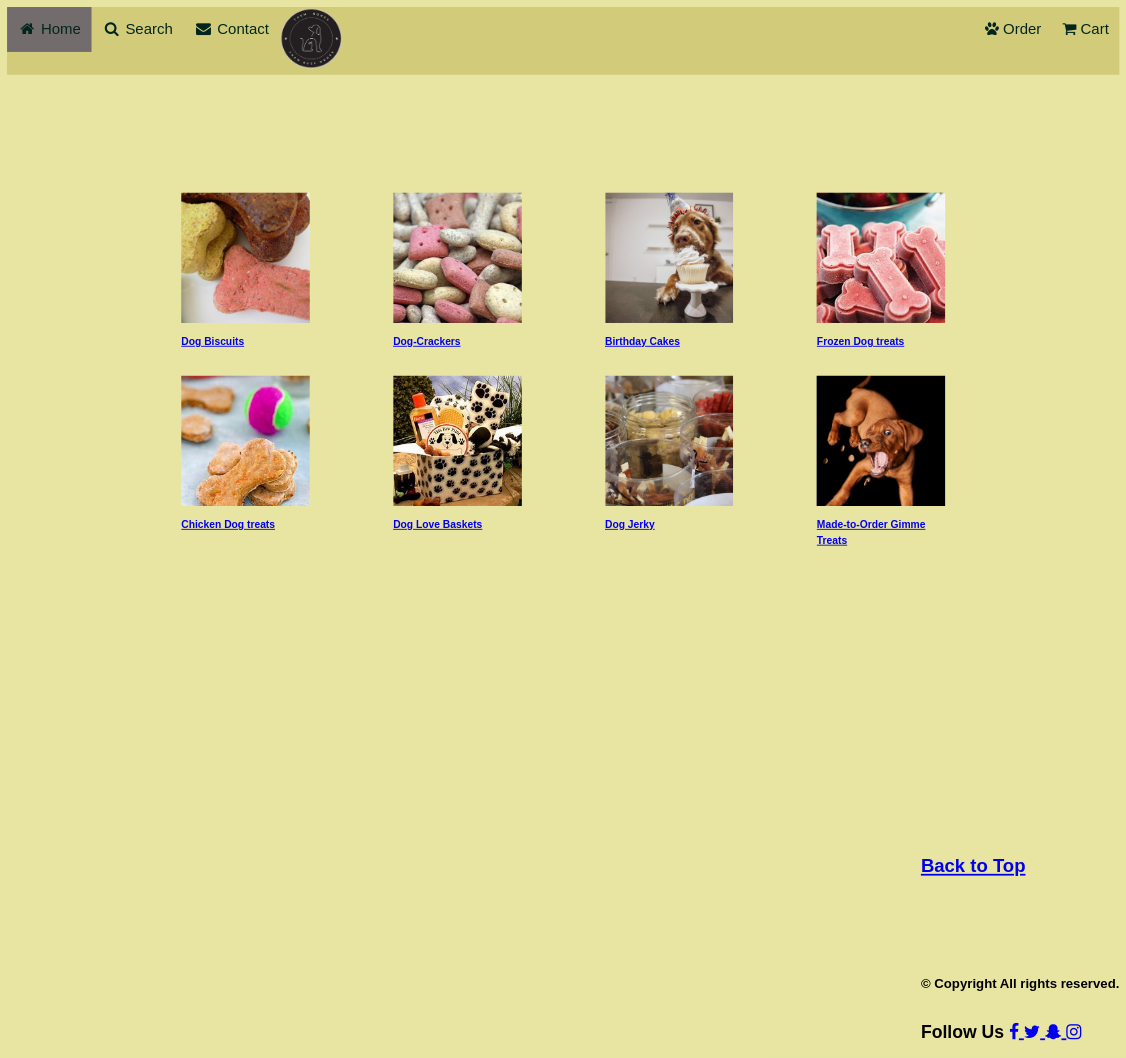
Repository: vgoins-RA2022/HTML-1
Page: index.html
The author's editor kept a copy of each file at every save. The page is drawn from the files as they stood at one save, then again after a run of saves.
The browser window is 1280 px wide. The pictures show the whole page, at 88% of full size.

Above is the page before, as saved 2023-01-21 18:52:35.

### index.html
<!DOCTYPE html>
<html lang="en">

<head>
  <meta charset="UTF-8">
  <meta name="viewport" content="width=device-width, initial-scale=1">
  <link rel="stylesheet" href="https://cdnjs.cloudflare.com/ajax/libs/font-awesome/4.7.0/css/font-awesome.min.css">
  <link rel="stylesheet" href="../HTML-1/src/css/Style.css" type="text/css">
  <title>Simple HTML Assignment 1</title>
</head>

<header>
    <!-- setup top navigator bar. position logo, home and contact navators on the left-->
    <div class="navbar" float: left>
      <img src="src/img/them-bones-logo.png" alt="them-bones-logo" class="logo" >
      <a class="active" href="#"><i class="fa fa-fw fa-home"></i> Home</a>
      <a href="#"><i class="fa fa-fw fa-search"></i> Search</a>
      <a href="#"><i class="fa fa-fw fa-envelope"></i> Contact</a>
      <!-- position order and cart navigators on the right -->
    <div class="right"><a href="#"><i class="fa fa-paw" aria-hidden="true"></i> Order</a>
    <div class="right"><a href="#"><i class="fa fa-shopping-cart" aria-hidden="true"></i> Cart</a>
    </div>
  </header>

<body>
  <div class="container">
     <!-- set of store gallery of self-contained items enclosed in the figure tags  -->
    <div class="gallery">

      <figure class="gallery__item gallery__item--1">
            <img src="src/img/animal-dog- biscuits.jpg" alt="animal-dog-biscuits" class="gallery__img" >
              <h3 class= image-text>
                <h3><a href="#">Dog Biscuits</a></h3>
              </h3>
        </figure>
        <figure class="gallery__item gallery__item--2">
            <img src="src/img/animal-dog- crackers.jpg" alt="animal-dog-crackers" class="gallery__img">
                <h3 class= image-text>
                  <h3><a href="#">Dog-Crackers</a></h3>
                </h3>

        </figure>
        <figure class="gallery__item gallery__item--3">
            <img src="src/img/dog-happy-birthday.jpg" alt="dog-happy-birthday" class="gallery__img">
              <h3 class= image-text></h3>
                <h3><a href="#">Birthday Cakes</a></h3>
               </h3>
        </figure>
        <figure class="gallery__item gallery__item--4">
            <img src="src/img/frozen-dog-treats.jpg" alt="frozen-dog-treats" class="gallery__img">
              <h3 class= image-text>
                 <h3><a href="#">Frozen Dog treats</a></h3>
              </h3>
        </figure>
        <figure class="gallery__item gallery__item--5">
            <img src="src/img/chicken-dog-treat.jpg" alt="chicken-dog-treats" class="gallery__img">
              <h3 class= image-text>
                <h3><a href="#">Chicken Dog treats</a></h3>
              </h3>
        </figure>
        <figure class="gallery__item gallery__item--6">
            <img src="src/img/doggy-love-basket.jpg" alt="doggy-love-basket" class="gallery__img">
            <h3 class= image-text>
            <h3><a href="#">Dog Love Baskets</a></h3>
            </h3>
        </figure>
        <figure class="gallery__item gallery__item--7">
            <img src="src/img/Dog-jerkey.png" alt="dog-jerky" class="gallery__img">
            <h3 class= image-text>
              <a href="#">Dog Jerky</a></h3>
            </h3>
        </figure>
        <figure class="gallery__item gallery__item--8">
          <img src="src/img/gimme-dog treats.jpg" alt="gimme-dog-treats" class="gallery__img">
          <h3 class= image-text>
            <a href="#">Made-to-Order Gimme Treats</a>
          </h3>
        </figure>

      </div>
  </div>

  <a href="#" class="button">
    <div class="right"><span class="label"><h3>Back to Top</h3></span>
  </a>
</body>

<footer>
  <!-- <div> id="footer"</div>  footer id attribute -->

  <!-- setup navigator bar in the footer of copywright and social media icons -->
  <div class="right">
    <div id="footer">
      <p class="copyright"> <h2>&copy; Copyright All rights reserved.</h2> </p>
    </div>
    <div class="left">
      <h1>Follow Us
      <a href="#"><i class="fa fa-facebook"></i> </a>
      <a href="#"><i class="fa fa-twitter"></i> </a>
      <a href="#"><i class="fa fa-snapchat-ghost"></i> </a>
      <a href="#"><i class="fa fa-instagram"></i> </a>
      </h1>
    </div>

  </footer>
</html>

### src/css/Style.css

/* align navigation bar items */
.left-menu {
  grid-column: 1;
}
.right-menu {
  grid-column: -1;
}
/* format logo position, width and height */
.logo {
  grid-column: 3;
  grid-area: logo;
  place-self: center;
  width: 10vh;
  height: 10vh;
  justify-self: center;
  background-color:#d2cc7a;
}

/* style the navigation bar */
.navbar a {
float: left;
padding-top: 70px;
padding: 12px;
color: #02261d;
text-decoration: none;
font-size: 17px;
}
/* set the size of the images */
img {
  width: 400px;
  height: 80px;
}
/* change color of navigation item when cursor hovers */
.navbar a:hover {
background-color: #8e8c8c;
}
.active {
background-color: #736c6c;
}
.left {
  float: left;
}

.right {
  float: right;
 }

.navbar a {
    float: left;
    display: block;
}

.navbar {
    width: 100%;
    background-color: #d2cc7a;
    overflow: auto;
}

.logo img {
    display: inline-block;
    vertical-align: top;
    width: 50px;
    height: 50px;
    margin-right: 20px;
    margin-top: 15px;
}



html {
  box-sizing: border-box;
  font-size: 62.5%;
}

body {
  font-family: "Nunito", sans-serif;
  background-color: rgba(216, 212, 98, 0.585);
  font-weight: 300;
  line-height: 1.6;
}

.container {
  width: 75%;
  margin: 2rem auto;
}

.gallery {
  display: grid;
  grid-template-columns: repeat(8, 1fr);
  grid-template-rows: repeat(8, 5vw);
  grid-gap: 1.5rem;
  row-gap: 40px;
}

.gallery__img {
  width: 100%;
  height: 100%;
  object-fit: cover;
  display: block;
}

.image-txt {
  margin: 3%;
  position: absolute;
  top: 20px;
  left: 50px;
}
/* set length and position of store gallery items */
.gallery__item--1 {
  grid-column: 1 / span 2;
  grid-row: 2 / span 2;
}
.gallery__item--2 {
  grid-column: 3 / span 2;
  grid-row: 2 / span 2;
}
.gallery__item--3 {
  grid-column: 5 / span 2;
  grid-row: 2 / span 2;
}
.gallery__item--4 {
  grid-column: 7 / span 2;
  grid-row: 2 / span 2;
}
.gallery__item--5 {
  grid-column: 1 / span 2;
  grid-row: 4 / span 2;
}
.gallery__item--6 {
  grid-column: 3 / span 2;
  grid-row: 4 / span 2;
}
.gallery__item--7 {
  grid-column: 5 / span 2;
  grid-row: 4 / span 2;
}
.gallery__item--8 {
  grid-column: 7 / span 2;
  grid-row: 4 / span 2;
}
/* Style the button */
.button {
  outline: none;
  padding: 10px 16px;

  cursor: pointer;
  font-size: 18px;
}


.button:hover {
  background-color: #ddd;
}

.button.active {
  background-color: #666;
  color: white;
}

.footer {
  background: #061D25;
  padding: 10px 0;
}
.footer a {
  color: #70726F;
  font-size: 20px;
  padding: 10px;
  border-right: 1px solid #70726F;
  transition: all .5s ease;
}
.flex-container {
  display: flex;
  background: #d2cc7a;
}

.copyright{
  text-align: center;
  padding-top: 24px;
  font-weight: 500;
  opacity: 0.8;
  font-size: 16px;
}
@media (max-width: 767px) {

    .h6{
      margin: 0 auto;
      text-align: center;
      margin-top: 10px;
      margin-bottom: 10px;
    }
    .ul{
      text-align: center;
    }
    .social{
        width: 100%;
        margin: 0 auto;
        text-align: center;
        padding: 40px;
        padding-bottom: 0px;
        border-top: 1px solid #eee;
        margin-top: 50px;
    }

  }

After the next 2 saves:
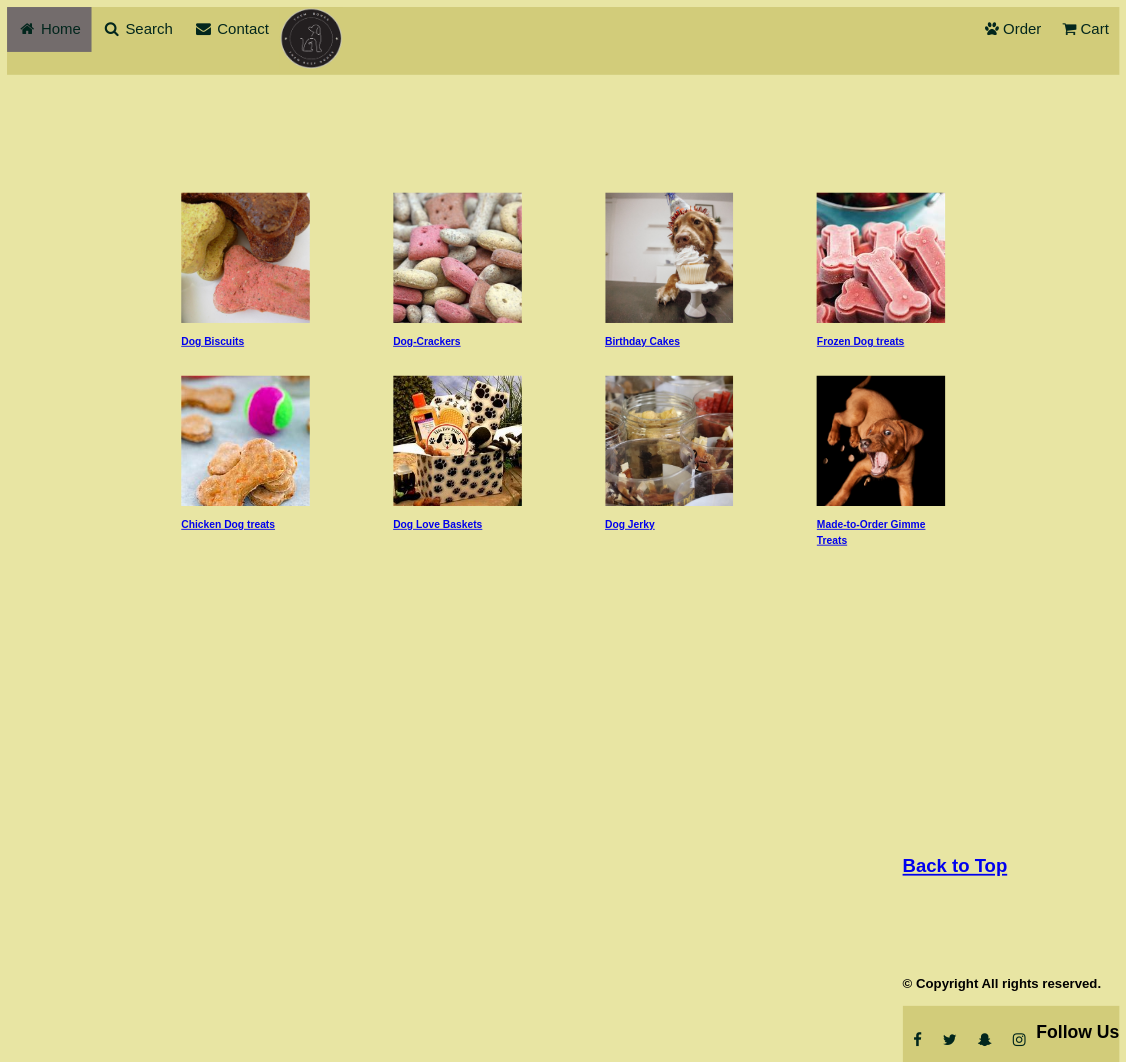
The 2 saves are shown as one change because they came seconds apart.
The last was saved 115 s later.
--- a/index.html
+++ b/index.html
@@ -93,6 +93,7 @@
     <div id="footer">
       <p class="copyright"> <h2>&copy; Copyright All rights reserved.</h2> </p>
     </div>
+    <div class="navbar" float: left>
     <div class="left">
       <h1>Follow Us
       <a href="#"><i class="fa fa-facebook"></i> </a>
